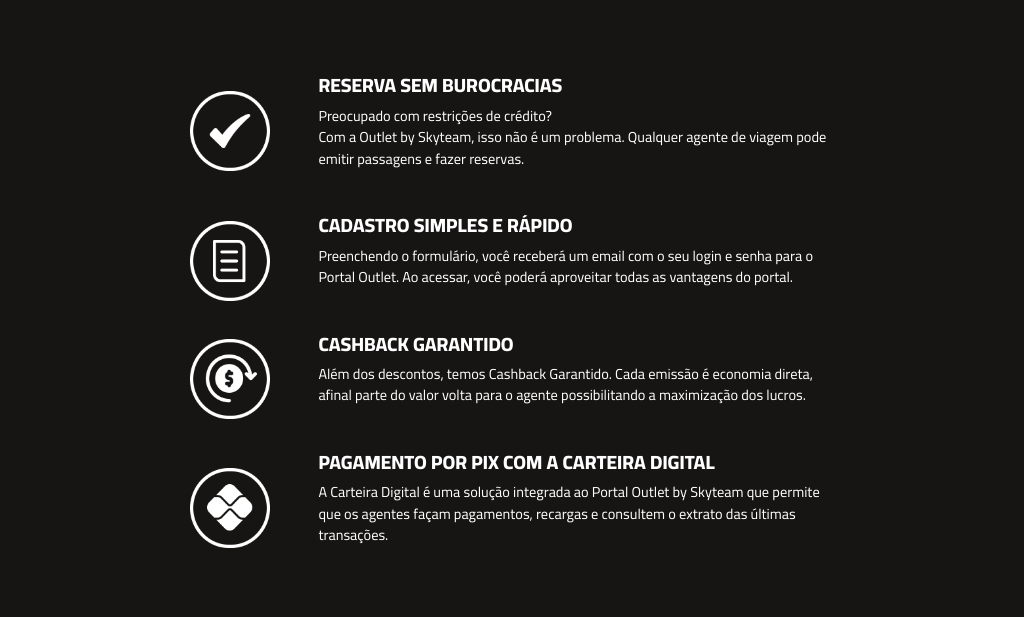
Repository: SkyTeam-Dev/Outlet_Site
Page: Site/index.html
These files come from the project's save history. The page is drawn as it stood at one moment and after the next save; the edit follows.
The browser window is 1024 px wide. The pictures show the part of the page from y = 2498 to 3115 px (the page is 5329 px tall before and 5307 px after).
A picture or video elsewhere on the page could not be fetched, so the positions and the page height are approximate. Some web libraries are served in a nearby version.

Above is the page before, as saved 2025-03-24 11:27:27.

### Site/index.html
<!DOCTYPE html>
<html lang="pt-br">

<head>
    <title>:: Outlet by Skyteam ::</title>
    <!-- Define uma descrição otimizada para mecanismos de busca (Maximo 160 caracteres mas o recomendado é 50 caracteres) -->
    <meta name="description"
        content="CADASTRO SIMPLES, DESCONTOS E CASHBACK A viagem do seu cliente com as melhores condições Conectamos o agente a descontos imbatíveis Ofereça seus serviços a preços mais atrativos com a Outlet By Skyteam, uma plataforma para reservas de aéreo, hotelaria, seguro-viagem e locação nacional com descontos e cashback, projetada para qualquer agente de viagem" />
    <!-- Define palavras-chave (não tem mais impacto no Google, mas pode ajudar em outros mecanismos) -->
    <meta name="keywords" content="palavra-chave1, palavra-chave2, palavra-chave3">
    <meta charset="utf-8">
    <meta http-equiv="X-UA-Compatible" content="IE=edge">
    <link rel="canonical" href="https://outlet.tur.br/" />
    <link rel='shortlink' href='https://outlet.tur.br/' />

    <!-- Define a indexação pelos mecanismos de busca -->
    <meta name="robots" content="index, follow"> <!-- Para indexar e seguir links -->
    <meta name="googlebot" content="index, follow"> <!-- Específico para o Google -->
    <meta name="bingbot" content="index, follow"> <!-- Específico para o Bing -->

    <!-- GOOGLE JSON-LD para SEO -->
    <script type="application/ld+json">
        {
          "@context": "https://schema.org",
          "@type": "WebSite",
          "name": "Outlet by Skyteam",
          "url": "https://outlet.tur.br",
          "description": "CADASTRO SIMPLES, DESCONTOS E CASHBACK A viagem do seu cliente com as melhores condições Conectamos o agente a descontos imbatíveis Ofereça seus serviços a preços mais atrativos com a Outlet By Skyteam, uma plataforma para reservas de aéreo, hotelaria, seguro-viagem e locação nacional com descontos e cashback, projetada para qualquer agente de viagem.",
          "image": "https://outlet.tur.br/Templates/Default/Imagens/OG_Outlet_Base.jpg",
          "author": {
            "@type": "Person",
            "name": "Outlet"
          },
          "publisher": {
            "@type": "Organization",
            "name": "Outlet by Skyteam",
            "logo": {
              "@type": "ImageObject",
              "url": "https://outlet.tur.br/Templates/Default/Imagens/OG_Outlet_Base.jpg"
            }
          }
        }
        </script>
    <!-- GOOGLE JSON-LD para SEO -->

    <!-- Define o autor do conteúdo -->
    <meta name="author" content="Outlet by Skyteam">

    <!-- Controla como o Google exibe o snippet do site -->
    <meta name="google" content="nosnippet"> <!-- Impede snippets na SERP -->
    <meta name="google" content="max-snippet:-1, max-image-preview:large, max-video-preview:-1">
    <!-- Personaliza como o conteúdo é mostrado -->

    <!-- Diz ao Google para não traduzir a página automaticamente -->
    <meta name="google" content="notranslate">

    <!-- Define a geolocalização para buscas locais -->
    <meta name="DC.title" content="Outlet By SkyTeam" />
    <meta name="geo.region" content="BR-RS" />
    <meta name="geo.placename" content="Porto Alegre" />
    <meta name="geo.position" content="-30.030205;-51.229975" />
    <meta name="ICBM" content="-30.030205, -51.229975" />
    <!-- Criador do conteúdo -->
    <meta name="DC.creator" content="Outlet By SkyTeam">
    <!-- Assunto ou tema do conteúdo -->
    <meta name="DC.subject" content="CADASTRO SIMPLES, DESCONTOS E CASHBACK para qualquer agente de viagem"">
<!-- Descrição do conteúdo -->
<meta name=" DC.description"
        content="CADASTRO SIMPLES, DESCONTOS E CASHBACK A viagem do seu cliente com as melhores condições Conectamos o agente a descontos imbatíveis Ofereça seus serviços a preços mais atrativos com a Outlet By Skyteam, uma plataforma para reservas de aéreo, hotelaria, seguro-viagem e locação nacional com descontos e cashback, projetada para qualquer agente de viagem">

    <!-- Editora ou organização responsável -->
    <meta name="publisher" content="Outlet By SkyTeam">
    <!-- Identificador único (ex: URL, DOI) -->
    <meta name="identifier" content="https://outlet.tur.br">
    <!-- Idioma do conteúdo -->
    <meta name="language" content="pt-BR">

    <!-- Direitos autorais e licenciamento -->
    <meta name="rights" content="© 2025 Outlet By SkyTeam. Todos os direitos reservados.">


    <!-- Definição do protocolo Open Graph BASE -->
    <meta property="og:type" content="website">
    <!-- URL canônica da página -->
    <meta property="og:url" content="https://outlet.tur.br/">
    <!-- Título que aparecerá no compartilhamento -->
    <meta property="og:title" content="Outlet by Skyteam">
    <!-- Descrição curta e chamativa -->
    <meta property="og:description"
        content="CADASTRO SIMPLES, DESCONTOS E CASHBACK A viagem do seu cliente com as melhores condições Conectamos o agente a descontos imbatíveis Ofereça seus serviços a preços mais atrativos com a Outlet By Skyteam, uma plataforma para reservas de aéreo, hotelaria, seguro-viagem e locação nacional com descontos e cashback, projetada para qualquer agente de viagem">
    <!-- Imagem para exibição no compartilhamento -->
    <meta property="og:image" content="https://outlet.tur.br/Templates/Default/Imagens/OG_Outlet_Base.jpg">
    <!-- 1200x630 pixels é o tamanho recomendado pelo Facebook e outras redes sociais -->
    <meta property="og:image:alt" content="Logo da Outlet descrição">
    <!-- Especificações adicionais para a imagem -->
    <meta property="og:image:width" content="1200">
    <meta property="og:image:height" content="630">
    <!-- Nome do site (opcional, mas recomendado) -->
    <meta property="og:site_name" content="Outlet by Skyteam">
    <!-- Idioma da página -->
    <meta property="og:locale" content="pt_BR">
    <!-- Definição do protocolo Open Graph BASE -->

    <!-- Twitter Card -->
    <meta name="twitter:card" content="summary_large_image">
    <meta name="twitter:title" content="Outlet by Skyteam">
    <meta name="twitter:description"
        content="CADASTRO SIMPLES, DESCONTOS E CASHBACK A viagem do seu cliente com as melhores condições Conectamos o agente a descontos imbatíveis Ofereça seus serviços a preços mais atrativos com a Outlet By Skyteam, uma plataforma para reservas de aéreo, hotelaria, seguro-viagem e locação nacional com descontos e cashback, projetada para qualquer agente de viagem">
    <meta name="twitter:image" content="https://outlet.tur.br/Templates/Default/Imagens/OG_Outlet_Base.jpg">
    <!-- Twitter Card -->



    <meta name="viewport" content="width=device-width, initial-scale=1, shrink-to-fit=no">

    <link rel='preconnect' href='//fonts.googleapis.com' />
    <link rel="preconnect" href="//fonts.gstatic.com" crossorigin>
    <link rel='preconnect' href='//jsdelivr.net' />
    <link rel='preconnect' href='//cdn.jsdelivr.net' />
    <link rel='preconnect' href='//code.jquery.com' />



    <!-- CSS -->
    <link rel="stylesheet" href="https://cdn.jsdelivr.net/npm/@fortawesome/fontawesome-free@6.7.2/css/fontawesome.min.css">
    <link rel="stylesheet" href="https://cdn.jsdelivr.net/npm/bootstrap@4.6.0/dist/css/bootstrap.css">
    <link rel="stylesheet" href="Templates/Default/CSS/bootstrap.css">
    <link rel="stylesheet" href="Templates/Default/CSS/Site.css">
    <!-- CSS -->

    <!-- Favicon -->


    <!-- Favicon e Theme Color-->
    <link rel="icon" type="image/png" href="Templates/Default/Imagens/Favicons/favicon-96x96.png" sizes="96x96" />
    <link rel="icon" type="image/svg+xml" href="Templates/Default/Imagens/Favicons/favicon.svg" />
    <link rel="shortcut icon" href="Templates/Default/Imagens/Favicons/favicon.ico" />
    <link rel="icon" href="Templates/Default/Imagens/Favicons/favicon.ico" type="image/x-icon">
    <link rel="apple-touch-icon" sizes="180x180" href="Templates/Default/Imagens/Favicons/apple-touch-icon.png" />
    <link rel="manifest" href="Templates/Default/Imagens/Favicons/site.webmanifest" />
    <link rel="apple-touch-icon" href="Templates/Default/Imagens/Favicons/favicon-96x96.png">
    <meta name="msapplication-TileImage" content="Templates/Default/Imagens/Favicons/favicon-96x96.png">
    <meta name="theme-color" content="#aa0000">
    <meta name="apple-mobile-web-app-capable" content="yes">
    <meta name="apple-mobile-web-app-status-bar-style" content="black-translucent">
    <meta name="msapplication-TileColor" content="#aa0000">
    <!-- Favicon -->


    <!-- Rastreamento e Comunicação -->

    <!-- Rastreamento e Comunicação -->
</head>

<body>

    <div class="container-fluid p-0" id="Site">

        <div class="row bg-dark">

            <section class="hero" id="Cabecalho-Superior">
                <div class="container-fluid justify-content-center">
                    <!-- =========================== CABEÇALHO (NAVBAR) ============================ -->

                    <header class="p-0">
                        <nav class="col-lg-12 navbar navbar-expand-lg navbar-dark mt-5">
                            <div class="container">
                                <!-- Logo / Marca -->
                                <a class="navbar-brand" href="#">
                                    <!-- Pode inserir um logo ou texto -->
                                    <img src="Templates/Default/Imagens/LOGO1.png" class='img-fluid ml-3' alt="Logo"
                                        style="height: 60px;">
                                    <!-- Ou usar apenas texto:
                          <span>Outlet</span>
                          -->
                                </a>

                                <!-- Botão para exibir/ocultar menu no mobile -->
                                <button class="navbar-toggler bg-primary text-white" type="button" data-toggle="collapse"
                                    data-target="#navbarNav" aria-controls="navbarNav" aria-expanded="false"
                                    aria-label="Toggle navigation">
                                    <span class="navbar-toggler-icon"></span>
                                </button>

                                <!-- Itens de navegação -->
                                <div class="collapse navbar-collapse" id="navbarNav">
                                    <ul class="navbar-nav ml-auto">
                                        <!-- Ajuste as rotas conforme necessidade -->
                                        <li class="nav-item btn font-weight-bold">
                                            <a class="nav-link text-white" href="#">Home</a>
                                        </li>
                                        <li class="nav-item btn font-weight-bold">
                                            <a class="nav-link text-white" href="#">Cadastro</a>
                                        </li>
                                        <li class="nav-item btn font-weight-bold">
                                            <a class="nav-link text-white" href="#">Dúvidas</a>
                                        </li>
                                        <li class="nav-item btn btn-primary text-white font-weight-bold shadow-lg">
                                            <a class="nav-link text-white" href="#">Portal Outlet</a>
                                        </li>
                                    </ul>
                                </div>
                            </div>
                        </nav>
                    </header>

                    <div class="row justify-content-center">

                        <div class="col-md-10 hero-content ">
                            <!-- Título principal -->
                            <h1 class="font-weight-light text-uppercase">Cadastro simples,</h1>
                            <h1 class="font-weight-bold text-uppercase">descontos intuitivos e Cashback</h1>
                            <!-- Texto de apoio -->
                            <h3>
                                A viagem do seu cliente com as melhores condições
                            </h3>
                            <!-- Botão de ação (CTA) -->
                            <a href="#" class="mt-5 btn btn-lg btn-primary btn-lg shadow-lg">Começar Agora</a>
                        </div>
                        <div class="col-md-2 hero-content ">
                        </div>

                    </div>
                </div>
            </section>


        </div>


        <div class="container-fluid p-0 m-0">

            <div class="row bg-white mb-5 justify-content-center align-items-center">
                <div id="Servicos" class="col-12 p-5">
                    <div class="row justify-content-center">

                        <div class="col-xl-8 col-lg-8 col-md-12 col-sm-12 mt-5">
                            <h1 class="mt-5 font-weight-bold text-center">Conectamos o agente a descontos imbatíveis
                            </h1>
                            <br />
                            <p class="text-center mb-5">
                                Ofereça seus serviços a preços mais atrativos com a Outlet By Skyteam, uma plataforma
                                para
                                reservas de aéreo, hotelaria, seguro-viagem e locação nacional com descontos e cashback,
                                projetada para qualquer agente de viagem, independentemente de restrições de crédito.
                            </p>

                        </div>

                    </div>

                    <div class="row mt-5 justify-content-center">
                        <div class="col-xl-4 col-lg-4 col-md-6 col-sm-12 mb-4">
                            <div class="custom-card">
                                <img src="Templates/Default/Imagens/Aereo_Nacional.jpg" alt="Aéreo Nacional">
                                <span class="card-text">Aéreo Nacional</span>
                            </div>
                        </div>

                        <div class="col-xl-4 col-lg-4 col-md-6 col-sm-12 mb-4">
                            <div class="custom-card">
                                <img src="Templates/Default/Imagens/Hotel_Nacional.jpg" alt="Hotelaria Nacional">
                                <span class="card-text">Hotelaria Nacional</span>
                            </div>
                        </div>
                    </div>
                    <div class="row justify-content-center">
                        <div class="col-xl-4 col-lg-4 col-md-6 col-sm-12 mb-5">
                            <div class="custom-card">
                                <img src="Templates/Default/Imagens/Seguro_Viagem.jpg" alt="Seguro Viagem">
                                <span class="card-text">Seguro Viagem</span>
                            </div>
                        </div>
                        <div class="col-xl-4 col-lg-4 col-md-6 col-sm-12 mb-5">
                            <div class="custom-card">
                                <img src="Templates/Default/Imagens/Locacao_Carros.jpg" alt="Locação de Carros">
                                <span class="card-text">Locação de Carros</span>
                            </div>
                        </div>
                    </div>


                </div>
            </div>

            <div id="Analise_Credito" class="row bg-white">

                <div class="container-fluid p-0">
                    <div class="row">
                        <div class="cadastro-section bg-primary col-md-12">
                            <!-- Coluna Vermelha (Texto) -->
                            <div class="col-md-6 col-sm-12 p-0">
                                <div class="p-5 cadastro-texto">
                                    <h1>CADASTRO SIMPLES,</h1>
                                    <h1 class="font-weight-bold">SEM ANÁLISE DE CRÉDITO</h1>
                                    <p>Suas emissões sem restrições</p>
                                    <a href="#" class="btn btn-lg btn-dark shadow-lg">Quero me cadastrar</a>
                                </div>
                            </div>

                            <!-- Coluna Imagem -->
                            <div class="col-md-6 col-sm-12 p-0 cadastro-imagem">
                                <img src="Templates/Default/Imagens/Cadastro_Simples_P.png" class="img-fluid">
                            </div>
                        </div>
                    </div>
                </div>



            </div>

            <div id="CheckList" class="row bg-gray-site text-white">
                <div class="benefits-container">
                    <div class="benefit-item">
                        <img src="Templates/Default/Imagens/Reservas.png" alt="Ícone de check" class="benefit-icon">
                        <div class="benefit-text">
                            <h3>RESERVA SEM BUROCRACIAS</h3>
                            <p>Preocupado com restrições de crédito?<br>
                                Com a Outlet by Skyteam, isso não é um problema. Qualquer agente de viagem pode emitir
                                passagens e fazer reservas.</p>
                        </div>
                    </div>

                    <div class="benefit-item">
                        <img src="Templates/Default/Imagens/Cadastro.png" alt="Ícone de formulário"
                            class="benefit-icon">
                        <div class="benefit-text">
                            <h3>CADASTRO SIMPLES E RÁPIDO</h3>
                            <p>Preenchendo o formulário, você receberá um email com o seu login e senha para o Portal
                                Outlet. Ao acessar, você poderá aproveitar todas as vantagens do portal.</p>
                        </div>
                    </div>

                    <div class="benefit-item">
                        <img src="Templates/Default/Imagens/CashBack.png" alt="Ícone de cashback" class="benefit-icon">
                        <div class="benefit-text">
                            <h3>CASHBACK GARANTIDO</h3>
                            <p>Além dos descontos, temos Cashback Garantido. Cada emissão é economia direta, afinal
                                parte do valor volta para o agente possibilitando a maximização dos lucros.</p>
                        </div>
                    </div>

                    <div class="benefit-item">
                        <img src="Templates/Default/Imagens/Pagamento_PIX.png" alt="Ícone de carteira digital"
                            class="benefit-icon">
                        <div class="benefit-text">
                            <h3>PAGAMENTO POR PIX COM A CARTEIRA DIGITAL</h3>
                            <p>A Carteira Digital é uma solução integrada ao Portal Outlet by Skyteam que permite que os
                                agentes façam pagamentos, recargas e consultem o extrato das últimas transações.</p>
                        </div>
                    </div>
                </div>
            </div>

            <div class="container-fluid p-0">
                <div id="Pague_por_Pix" class="row no-gutters p-0">
                    <!-- Coluna com a imagem -->
                    <div class="col-md-5 col-sm-12 p-0">
                        <img src="Templates/Default/Imagens/Pague_Pix.png" class="hover-effect-image img-fluid">
                    </div>

                    <!-- Coluna com o texto e botão -->
                    <div
                        class="col-md-7 col-sm-12 bg-primary text-white d-flex flex-column justify-content-center align-items-start p-5">
                        <h1>PAGUE POR PIX</h1>
                        <h1 class="font-weight-bold">COM A CARTEIRA DIGITAL</h1>
                        <p class="text-small">Emissões com pagamento à vista</p>
                        <button type="button" class="btn btn-lg btn-dark mt-4 shadow-lg">Começar agora</button>
                    </div>
                </div>
            </div>

            <div class="container-fluid p-0">
                <div class="row justify-content-center bg-white mb-5 text-center p-5">
                    <!-- Remova o col-12 e col-6 aninhados e use uma única coluna -->
                    <div class="col-10 col-sm-12 col-md-8 col-lg-6">
                        <h1 class="mt-5 font-weight-bold">
                            Maior rentabilidade para o seu negócio
                        </h1>
                        <p class="">
                            O Outlet by Skyteam maximiza a rentabilidade das agências de viagem oferecendo produtos com
                            tarifas
                            mais baixas. Com acesso a cashback e facilidade de reserva, sua agência aumenta as margens
                            de
                            lucro
                            e amplia a base de clientes.
                        </p>
                        <a href="" class="btn btn-lg btn-primary mt-4 shadow-lg">Começar agora</a>
                    </div>
                </div>
            </div>

            <div class="container-fluid p-0">
                <div class="row no-gutters p-0">
                    <!-- Coluna com a imagem -->
                    <div class="col-12 bg-image-cashback">
                        <img src="Templates/Default/Imagens/CashBack_Garantido.png" alt="Casal viajando"
                            class="img-fluid">

                        <!-- Camada de sobreposição para o texto -->
                        <div
                            class="overlay-cashback text-white d-flex flex-column justify-content-center align-items-start p-5">
                            <h1 class="ml-5">CASHBACK</h1>
                            <h1 class="font-weight-bold ml-5">GARANTIDO</h1>
                            <p class="ml-5">Economize em cada emissão de aéreo e terrestre</p>
                        </div>
                    </div>
                </div>
            </div>

            <div class="container-fluid p-0">
                <div class="row no-gutters">
                    <!-- Coluna com a imagem -->
                    <div class="col-md-6 col-sm-12 p-0">
                        <img src="Templates/Default/Imagens/SAC.png" class="img-fluid img-sac">
                    </div>

                    <!-- Coluna com o texto e informações de SAC -->
                    <div class="col-md-6 col-sm-12 bg-primary d-flex flex-column justify-content-center align-items-start p-5">
                        <div class="p-5">
                            <h1 class="text-white font-weight-bold">SAC</h1>
                            <p class="text-white mb-4 ">
                                Em caso de dúvidas com cadastro, reemissões ou alterações:
                            </p>
                            <p class="text-white mb-4">
                                (11) 5197-2996<br>
                                outlet@outletbyskyteam.com.br
                            </p>
                            <a href="#" class="btn btn-lg btn-dark shadow-lg">Dúvidas? Acesse aqui</a>
                        </div>
                    </div>
                </div>
            </div>

            <!-- Rodapé -->
    <footer class="bg-dark text-light py-3">
        <div class="container">
            <div class="row">
                <!-- Coluna com o copyright -->
                <div class="col-md-6 col-sm-12 mt-5 text-center">
                    <p>Copyright 2025 – Todos os direitos reservados a Skyteam Consolidadora</p>
                    <p>Outlet by Skyteam 00.000.000/0000-00</p>
                </div>

                <!-- Coluna com ícones de redes sociais -->
                <div class="col-md-6 col-sm-12 text-center mt-5">

                    <a href="#" class="mr-2 btn btn-lg btn-light rounded-circle shadow-sm">
                        <i class="fa-solid fa-envelope mt-1"></i>
                    </a>

                    <a href="#" class="mr-2 btn btn-lg btn-light rounded-circle shadow-sm">
                        <i class="fa-brands fa-instagram mt-1"></i>
                    </a>

                    <a href="#" class="mr-2 btn btn-lg btn-light rounded-circle shadow-sm">
                        <i class="fa-brands fa-linkedin-in mt-1"></i>
                    </a>


                </div>
            </div>
        </div>
    </footer>

        </div>
    </div>

    <!-- Scripts Base -->
    <script src="https://code.jquery.com/jquery-3.2.1.slim.min.js"
        integrity="sha384-KJ3o2DKtIkvYIK3UENzmM7KCkRr/rE9/Qpg6aAZGJwFDMVNA/GpGFF93hXpG5KkN"
        crossorigin="anonymous"></script>
    <script src="https://cdn.jsdelivr.net/npm/popper.js@1.12.9/dist/umd/popper.min.js"
        integrity="sha384-ApNbgh9B+Y1QKtv3Rn7W3mgPxhU9K/ScQsAP7hUibX39j7fakFPskvXusvfa0b4Q"
        crossorigin="anonymous"></script>
    <script src="https://cdn.jsdelivr.net/npm/bootstrap@4.0.0/dist/js/bootstrap.min.js"
        integrity="sha384-JZR6Spejh4U02d8jOt6vLEHfe/JQGiRRSQQxSfFWpi1MquVdAyjUar5+76PVCmYl"
        crossorigin="anonymous"></script>
    <script src="https://cdn.jsdelivr.net/npm/@fortawesome/fontawesome-free@6.7.2/js/all.min.js"></script>
    <script src="https://cdn.jsdelivr.net/npm/jquery-match-height@0.7.2/dist/jquery.matchHeight.min.js"></script>
    <!-- Scripts Base -->




    <!-- Rastreamento e Comunicação -->

    <!-- Rastreamento e Comunicação -->

</body>

</html>

### Site/Templates/Default/CSS/Responsive.css
/* Para telas com largura de 400px ou menos */
@media screen and (max-width: 400px) {
  .benefits-container {
    max-width: 95% !important;
  }
}

/* Para telas com largura de 600px ou menos */
@media screen and (max-width: 600px) {
  .benefit-item {
    flex-direction: column;
    text-align: center;
  }
  .benefit-icon {
    width: 40px;
    height: 40px;
    margin-bottom: 2em;
  }

  .benefits-container {
    max-width: 90% !important;
  }

  .cadastro-texto {
    margin-left: 1%;
  }

  .cadastro-section {
    display: block !important;
  }

  .hero {
    padding: 2em;
  }
}

/* Para telas com largura de 900px ou menos */
@media screen and (max-width: 900px) {
  .benefits-container {
    max-width: 100% !important;
  }

  .hero {
    padding: 80px;
  }
}

/* Para telas com largura de 1024px ou menos */
@media screen and (max-width: 1024px) {
  .hero {
    padding: 2em;
  }

  .benefits-container {
    max-width: 90% !important;
  }
}

/* Para telas com largura de 1200px ou menos */
@media screen and (max-width: 1200px) {
  .benefits-container {
    max-width: 80% !important;
  }
}

Loaded but not shown: Site/Templates/Default/CSS/bootstrap.css (library); Site/Templates/Default/CSS/Site.css (243 lines, source omitted); Site/Templates/Default/WebFonts/WebFont.css (103 lines, source omitted)

After the next save:
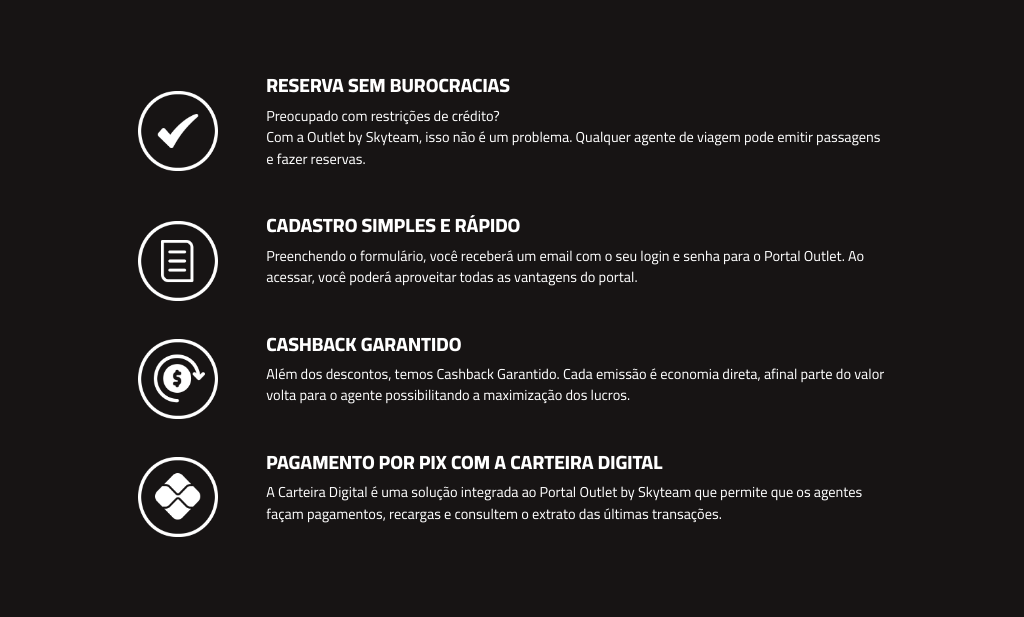
Saved 84 s later.
--- a/Site/Templates/Default/CSS/Responsive.css
+++ b/Site/Templates/Default/CSS/Responsive.css
@@ -58,7 +58,5 @@
 
 /* Para telas com largura de 1200px ou menos */
 @media screen and (max-width: 1200px) {
-  .benefits-container {
-    max-width: 80% !important;
-  }
+
 }
